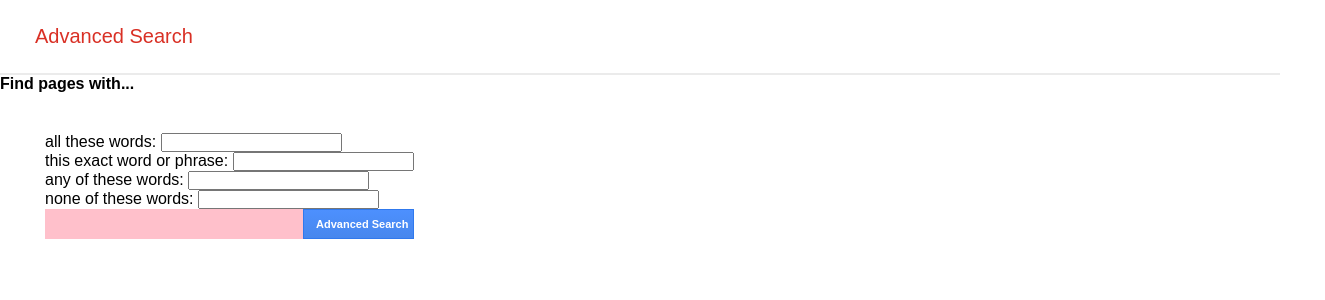
Repository: etentuk/search
Page: advanced_search.html
An editor plug-in stored every save of this project. The page is shown before and after the next save, followed by the edit.
The browser window is 1280 px wide. The page is 1325 px wide, then 1320 px, so the pictures cover 1325 px, including what lies to the right of the window. The pictures show the whole page.

Above is the page before, as saved 2021-11-05 00:23:53.

After the next save:
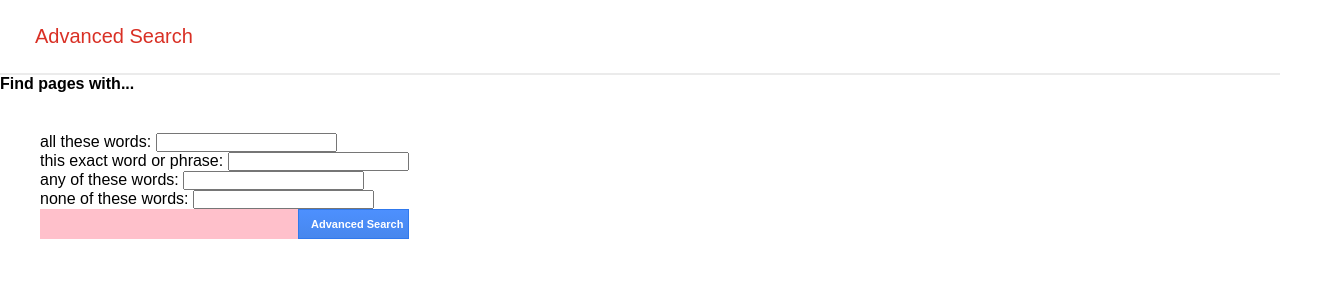
Saved 63 s later.
--- a/styles.css
+++ b/styles.css
@@ -15,7 +15,7 @@
   /* max-width: 1140px; */
   min-width: 100%;
   width: 96%;
-  margin: 40px 45px;
+  margin: 40px;
 }
 
 #submit {
